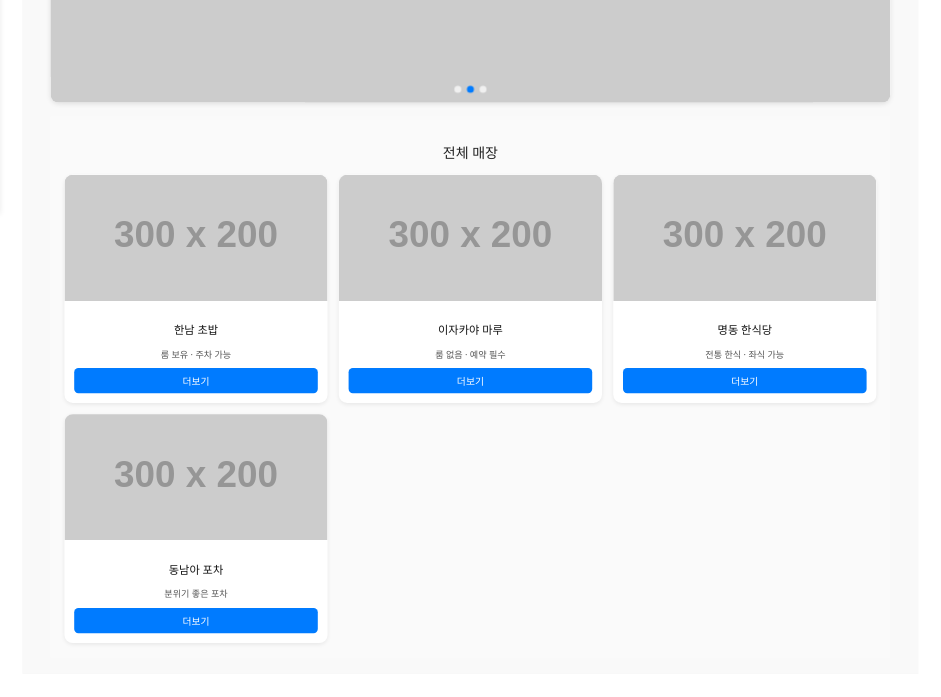
Repository: noiredex/Choplan-API
Page: / (app in choplan/frontend_main/)
An editor plug-in stored every save of this project. The page is shown before and after the next save, followed by the edit.
The browser window is 1280 px wide. The page is 1344 px wide, so the pictures cover 1344 px, including what lies to the right of the window. The pictures show the part of the page from y = 484 to 2324 px (the page is 1479 px tall before and 4172 px after), at 70% of full size.
The project was rebuilt for these pictures with package versions that can differ from the ones it lists, and the page was loaded fresh each time. Also part of the build but not shown: choplan/frontend_main/vite.config.js, choplan/frontend_main/vite.config.ts, choplan/frontend_main/src/styles/StoreDetailPage.css, choplan/frontend_main/src/pages/StoreDetailPage.jsx.

Above is the page before, as saved 2025-10-27 09:21:28.

After the next save:
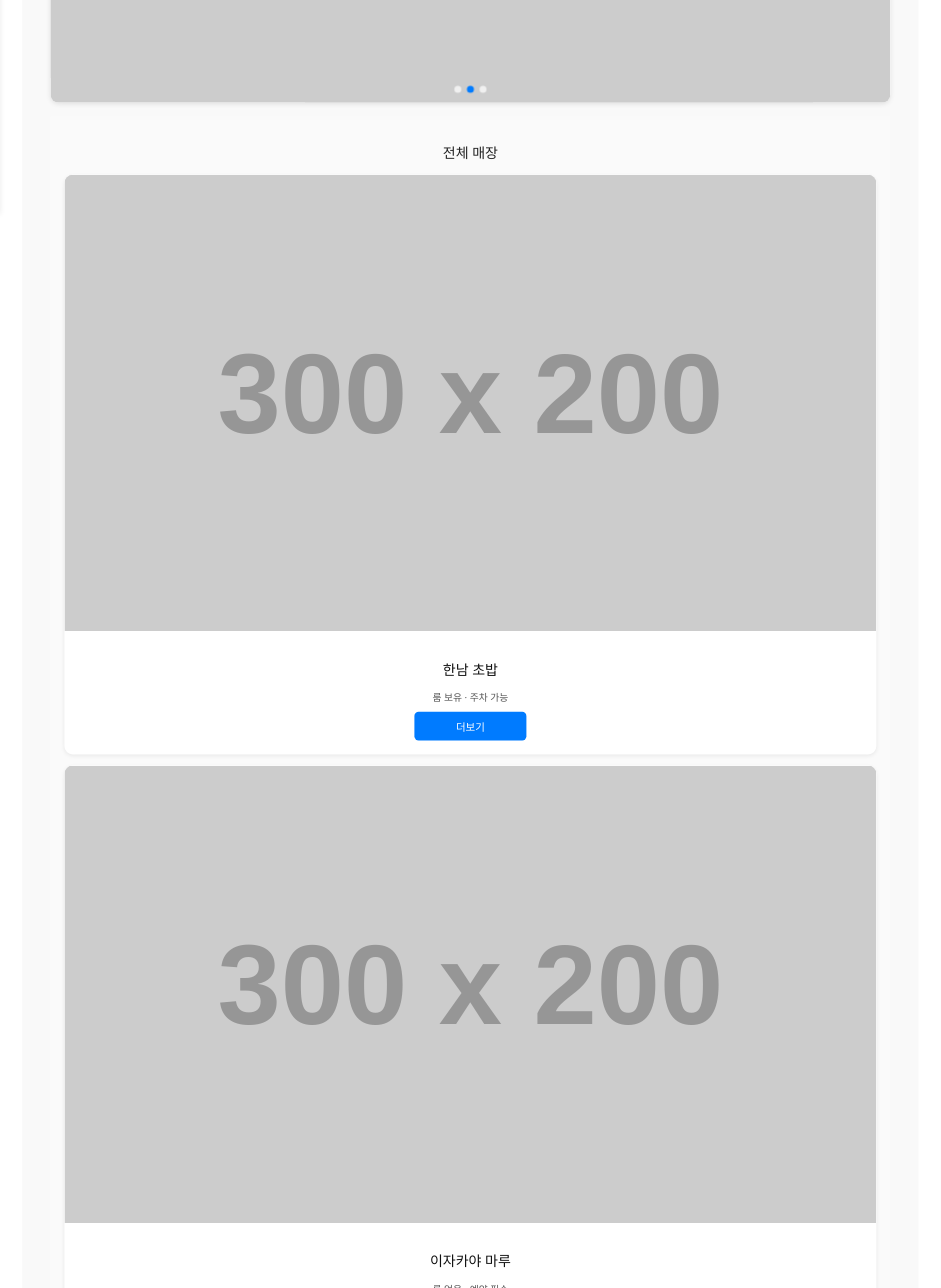
Saved 61 min 33 s later.
--- a/choplan/frontend_main/src/styles/RecommendedStores.css
+++ b/choplan/frontend_main/src/styles/RecommendedStores.css
@@ -1,6 +1,10 @@
+/* ===== 컨테이너 ===== */
 .recommended-stores {
   padding: 20px;
   background: #fafafa;
+  display: flex;
+  flex-direction: column;
+  align-items: center;
 }
 
 .recommended-stores h2 {
@@ -8,35 +12,29 @@
   margin-bottom: 16px;
   font-weight: 600;
   color: #222;
+  text-align: center;
 }
 
-/* ===== 매장 카드 ===== */
+/* ===== 매장 카드 그리드 ===== */
 .store-grid {
   display: grid;
-  grid-template-columns: repeat(auto-fit, minmax(280px, 1fr));
   gap: 16px;
   width: 100%;
   max-width: 1200px;
   margin: 0 auto;
+  grid-template-columns: repeat(auto-fit, minmax(280px, 1fr));
+  transition: all 0.3s ease;
 }
 
-/* PC (배너 크기와 동일한 세로형 카드) */
-
-@media (mn-width: 1025px) {
-  .store-grid {
-    grid-template-columns: repeat(auto-fit, minmax(300px, 1fr));
-  }
-}
-
+/* ===== 매장 카드 ===== */
 .store-card {
   background: white;
   border-radius: 12px;
   overflow: hidden;
   box-shadow: 0 2px 6px rgba(0, 0, 0, 0.08);
+  display: flex;
+  flex-direction: column;
   transition: transform 0.2s ease;
-  display: flex;
-  width: 100%;
-  flex-direction: column;
 }
 
 .store-card:hover {
@@ -51,6 +49,7 @@
 
 .store-info {
   padding: 14px;
+  text-align: center;
 }
 
 .store-info h3 {
@@ -67,6 +66,7 @@
 
 .store-info button {
   width: 100%;
+  max-width: 160px;
   padding: 8px 0;
   border: none;
   background-color: #007bff;
@@ -81,7 +81,55 @@
   background-color: #0056b3;
 }
 
-/* ====== 반응형 ====== */
+/* ===== PC (>=1025px): 배너 크기와 동일한 세로형 ===== */
+@media (min-width: 1025px) {
+  .store-grid {
+    grid-template-columns: 1fr; /* 한 줄에 하나씩 */
+  }
+
+  .store-card img {
+    aspect-ratio: 16 / 9; /* 배너 비율과 일치 */
+    height: auto;
+  }
+
+  .store-info {
+    padding: 20px;
+  }
+
+  .store-info h3 {
+    font-size: 20px;
+  }
+
+  .store-info p {
+    font-size: 14px;
+  }
+
+  .store-info button {
+    font-size: 15px;
+    padding: 10px 0;
+  }
+}
+
+/* ===== 태블릿 (<=1024px): 2열 카드형 ===== */
+@media (max-width: 1024px) {
+  .store-grid {
+    grid-template-columns: repeat(2, 1fr);
+  }
+
+  .store-card img {
+    height: 160px;
+  }
+
+  .store-info h3 {
+    font-size: 15px;
+  }
+
+  .store-info p {
+    font-size: 13px;
+  }
+}
+
+/* ===== 모바일 (<=768px): 세로형 1열 카드 ===== */
 @media (max-width: 768px) {
   .recommended-stores {
     padding: 16px;
